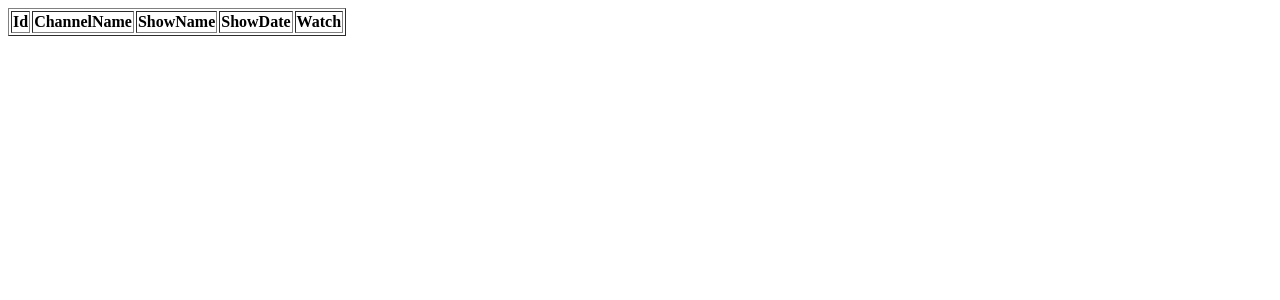
Repository: rish1208/Advance_java
Page: http://localhost/Use-case/TvListCtl
These files come from the project's save history. The page is drawn as it stood at one moment and after the next save; the edit follows.
The browser window is 1280 px wide. The pictures show the whole page.
The page is served by Tomcat 9. Other server files are loaded and not shown. Queries for data that is not in the repository find no rows.

Above is the page before, as saved 2024-04-08 13:02:47.

### Advance java Workspace/Use-case/WebContent/TvListView.jsp
<%@page import="in.co.rays.bean.TvBean"%>
<%@page import="in.co.rays.bean.UserBean"%>
<%@page import="java.util.Iterator"%>
<%@page import="java.util.List"%>
<%@ page language="java" contentType="text/html; charset=ISO-8859-1"
    pageEncoding="ISO-8859-1"%>
<!DOCTYPE html>
<html>
<head>
<meta charset="ISO-8859-1">
<title>Insert title here</title>
</head>
<body>
<%
		List list = (List) request.getAttribute("list");
		Iterator it = list.iterator();
	%>
	<form action="TvListCtl" method="post">
		<table>


		</table>
		<table border="1%">
			<tr>

				<th>Id</th>
				<th>ChannelName</th>
				<th>ShowName</th>
				<th>ShowDate</th>
				<th>Watch</th>

			</tr>
			<%
				while (it.hasNext()) {
					TvBean bean = (TvBean) it.next();
			%>
			<tr>

				<td><%=bean.getId()%></td>
				<td><%=bean.getChannelName()%></td>
				<td><%=bean.getShowName()%></td>
				<td><%=bean.getShowDate()%></td>
				<td><%=bean.getWatch()%></td>
					</tr>


				<%
					}
				%>


		</table>


	</form>
</body>
</html>

### Advance java Workspace/Use-case/src/in/co/rays/ctl/TvListCtl.java
package in.co.rays.ctl;

import javax.servlet.RequestDispatcher;
import javax.servlet.ServletException;
import javax.servlet.annotation.WebServlet;
import javax.servlet.http.HttpServlet;
import javax.servlet.http.HttpServletRequest;
import javax.servlet.http.HttpServletResponse;

import java.io.IOException;
import java.util.List;
import in.co.rays.model.TvModel;
@WebServlet("/TvListCtl")
public class TvListCtl  extends HttpServlet{
	@Override
	protected void doGet(HttpServletRequest req, HttpServletResponse resp) throws ServletException, IOException {


	int pageNo = 1;
	int PageSize = 5;
	TvModel model = new TvModel();
	try {
		List list = model.search(null, 1, 5);
		req.setAttribute("list", list);
		RequestDispatcher rd = req.getRequestDispatcher("TvListView.jsp");
		rd.forward(req, resp);
	} catch (Exception e) {

		e.printStackTrace();
	}

}
	}

### Advance java Workspace/Use-case/src/in/co/rays/model/TvModel.java
package in.co.rays.model;

import java.sql.Connection;
import java.sql.DriverManager;
import java.sql.PreparedStatement;
import java.sql.ResultSet;
import java.util.ArrayList;
import java.util.List;

import in.co.rays.bean.TvBean;



public class TvModel {
	public  Integer nextPk() throws Exception{
		int pk = 0;

		Class.forName("com.mysql.cj.jdbc.Driver");
		Connection conn = DriverManager.getConnection("jdbc:mysql://localhost:3306/pratise", "root", "root");
		PreparedStatement pstmt = conn.prepareStatement("select max(id) from show1");
		ResultSet rs = pstmt.executeQuery();

		while (rs.next()) {
			pk = rs.getInt(1);
		}
		return pk + 1;

}
	public  void add(TvBean bean) throws Exception{
		int pk = nextPk();
		Class.forName("com.mysql.cj.jdbc.Driver");
		Connection conn= DriverManager.getConnection("jdbc:mysql://localhost:3306/pratise","root","root");
		PreparedStatement pstmt = conn.prepareStatement("insert into show1 values(?,?,?,?,?)");

		pstmt.setInt(1, pk);
		pstmt.setString(2, bean.getChannelName());
		pstmt.setString(3, bean.getShowName());
		pstmt.setDate(4, new java.sql.Date(bean.getShowDate().getTime()));
		pstmt.setString(5, bean.getWatch());

		int i = pstmt.executeUpdate();
		System.out.println("data added successfullu"+ i);
	}


public static void update(TvBean bean) throws Exception{

	Class.forName("com.mysql.cj.jdbc.Driver");
	Connection conn= DriverManager.getConnection("jdbc:mysql://localhost:3306/pratise","root","root");
	PreparedStatement pstmt = conn.prepareStatement("update show1 set channel_name =?, show_name=?,show_date=?, watch=? where id=?");

	pstmt.setString(1, bean.getChannelName());
	pstmt.setString(2, bean.getShowName());
	pstmt.setDate(3, new java.sql.Date(bean.getShowDate().getTime()));
	pstmt.setString(4, bean.getWatch());
	pstmt.setInt(5, bean.getId());

	int i = pstmt.executeUpdate();
	System.out.println("data updated successfullu"+ i);
}
public static void delete(int id) throws Exception{

	Class.forName("com.mysql.cj.jdbc.Driver");
	Connection conn= DriverManager.getConnection("jdbc:mysql://localhost:3306/pratise","root","root");
	PreparedStatement pstmt = conn.prepareStatement("delete from show1 where id=?");
	pstmt.setInt(1, id);
	int i = pstmt.executeUpdate();
	System.out.println("data delete successfullu"+ i);

}
public  TvBean findByPk(int id) throws Exception{

	Class.forName("com.mysql.cj.jdbc.Driver");
	Connection conn= DriverManager.getConnection("jdbc:mysql://localhost:3306/pratise","root","root");
	PreparedStatement pstmt = conn.prepareStatement("select * from show1 where id =?");
	pstmt.setInt(1, id);
	ResultSet rs = pstmt.executeQuery();
	TvBean bean = new TvBean();
	while(rs.next()) {
		bean = new TvBean();
		bean.setId(rs.getInt(1));
	    bean.setChannelName(rs.getString(2));
	    bean.setShowName(rs.getString(3));
	    bean.setShowDate(rs.getDate(4));
	    bean.setWatch(rs.getString(5));

	}
	return bean;
}
public List search(TvBean bean, int pageNo, int pageSize) throws Exception {

		int pk = nextPk();

			Class.forName("com.mysql.cj.jdbc.Driver");
			Connection conn = DriverManager.getConnection("jdbc:mysql://localhost:3306/pratise", "root", "root");
			StringBuffer sql = new StringBuffer("select * from show1 where 1=1");
			if (bean != null) {
				if (bean.getChannelName() != null && bean.getChannelName().length() > 0) {
					sql.append(" and first_name like '" + bean.getChannelName() + "%'");
				}
				if (bean.getShowDate() != null && bean.getShowDate().getTime() > 0) {
					sql.append(" and dob like '" + new java.sql.Date(bean.getShowDate().getTime()) + "%'");
				}
			}
			if (pageSize > 0) {

				pageNo = (pageNo - 1) * pageSize;

				sql.append(" limit " + pageNo + ", " + pageSize);
			}

			System.out.println("sql => " + sql);
			PreparedStatement ps = conn.prepareStatement(sql.toString());
			ResultSet rs = ps.executeQuery();

			List list = new ArrayList();
			while (rs.next()) {
				bean = new TvBean();
				bean.setId(rs.getInt(1));
				bean.setChannelName(rs.getString(2));
				bean.setShowName(rs.getString(3));
				bean.setShowDate(rs.getDate(4));
				bean.setWatch(rs.getString(5));
				list.add(bean);

			}
			return list;
}
}

After the next save:
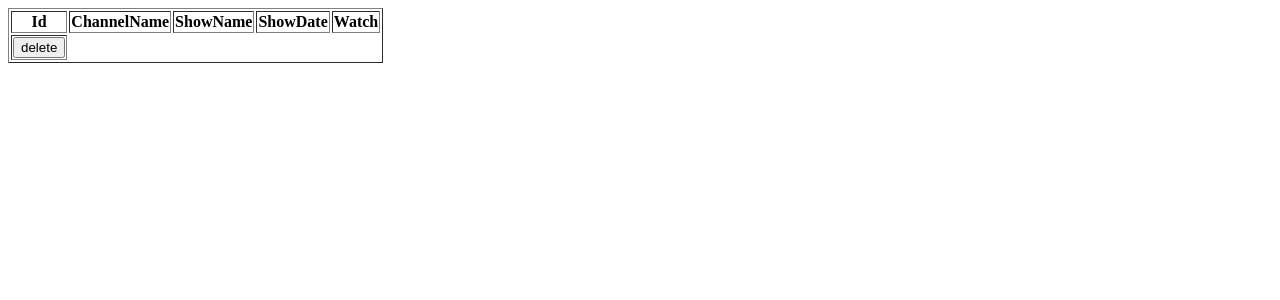
Saved 2 min 33 s later.
--- a/Advance java Workspace/Use-case/WebContent/TvListView.jsp
+++ b/Advance java Workspace/Use-case/WebContent/TvListView.jsp
@@ -41,13 +41,16 @@
 				<td><%=bean.getShowName()%></td>
 				<td><%=bean.getShowDate()%></td>
 				<td><%=bean.getWatch()%></td>
+				<td><a href="TvCtl?id">Edit</a></td>
 					</tr>
 
 
 				<%
 					}
 				%>
-
+		<tr>
+				<td><input type="submit" name="operation" value="delete"></td>
+			</tr>
 
 		</table>
 
